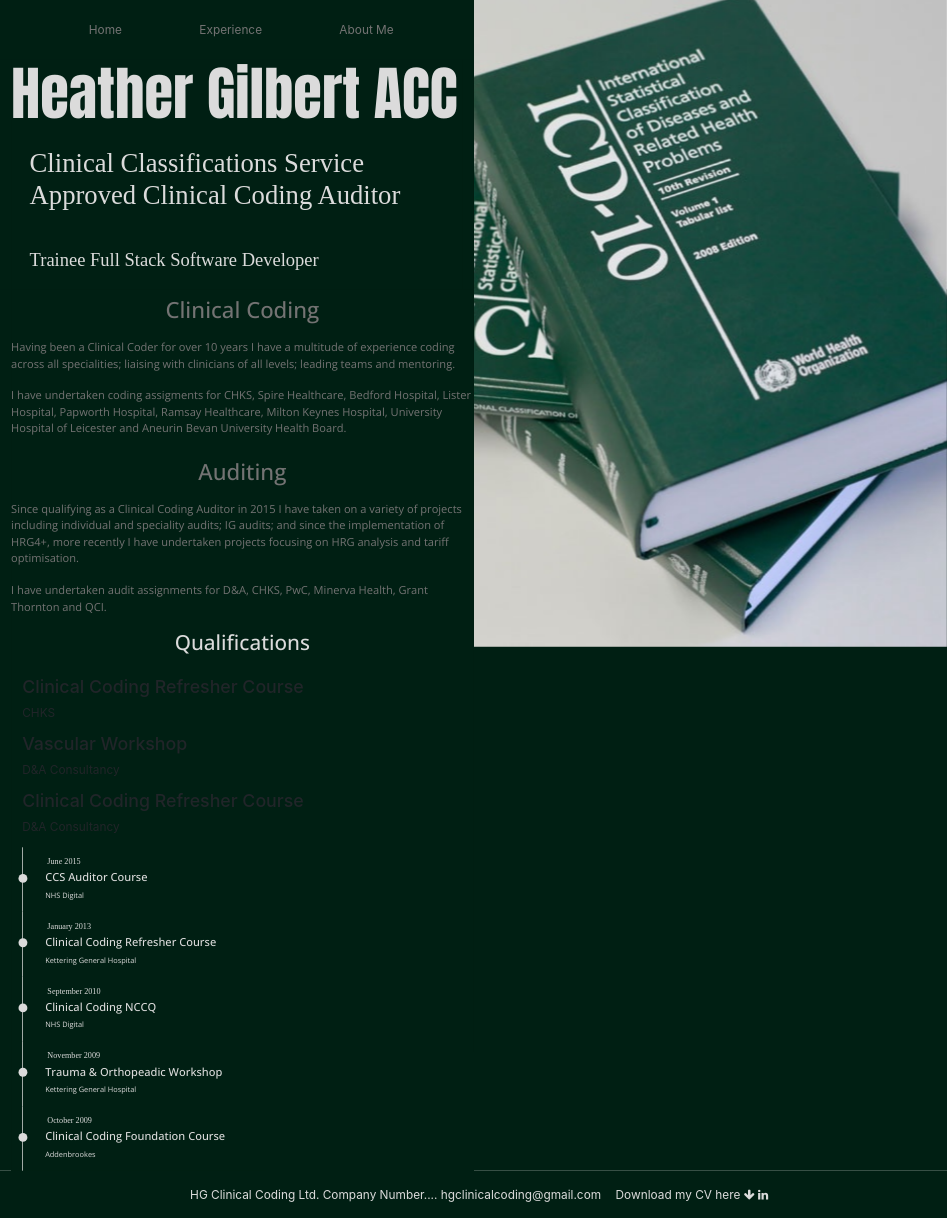
Repository: Code-Institute-Submissions/fsd-ms-project1-resume
Page: resume.html
The author's editor kept a record of every edit. The page is drawn from the files as they stood at one moment, then again after the next edit.
The browser window is 1280 px wide. The pictures show the whole page, at 74% of full size.
Some web fonts or font styles are not loaded; a fallback is used.

Above is the page before.

After the next edit:
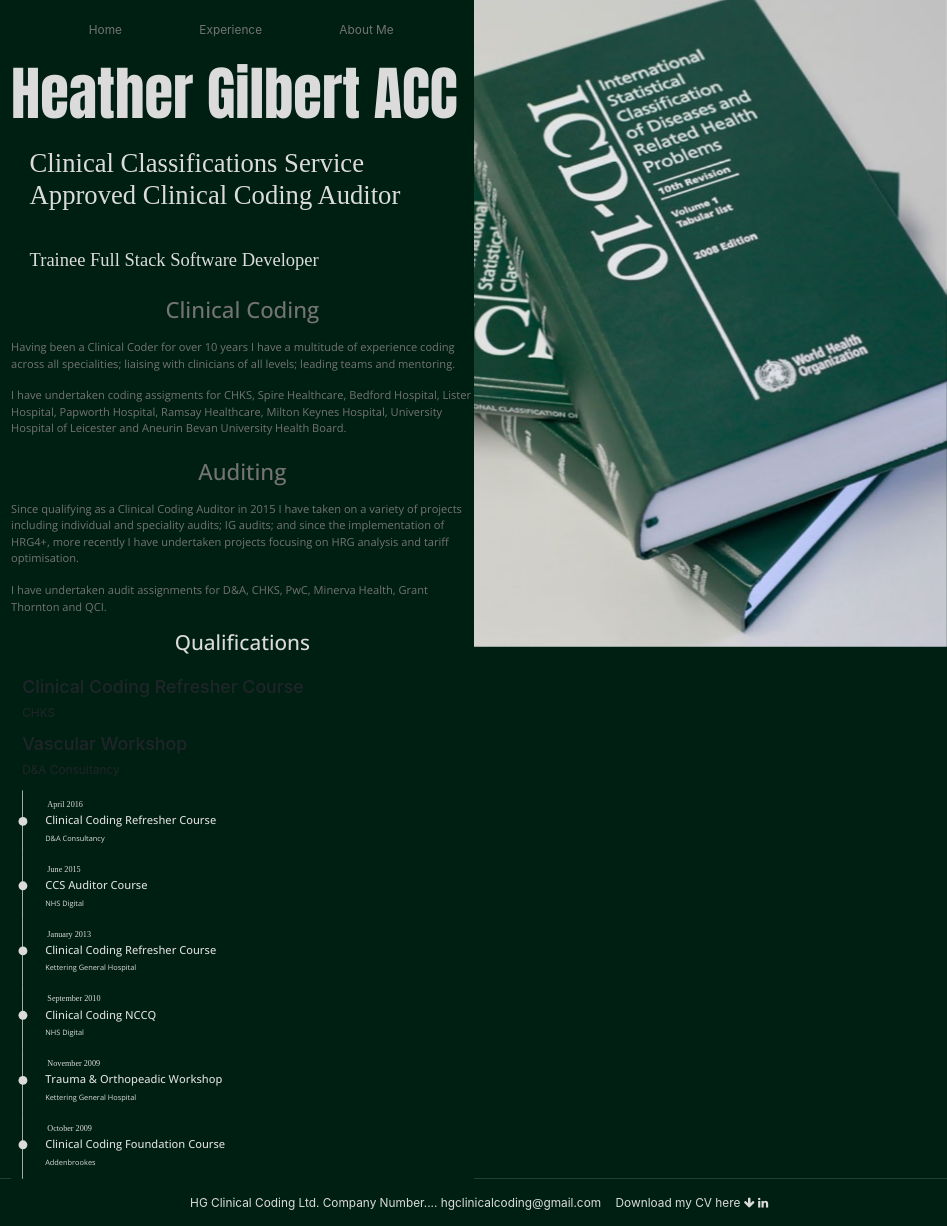
The edit:
--- a/resume.html
+++ b/resume.html
@@ -73,7 +73,7 @@
                             <h4>Vascular Workshop </h4>
                             <p>D&A Consultancy</p>
                         </div>
-                        <div class="timeline-item" data-dates="April 2016">
+                        <div class="timeline-data" data-dates="April 2016">
                             <h4>Clinical Coding Refresher Course</h4>
                             <p>D&A Consultancy</p>
                         </div>
